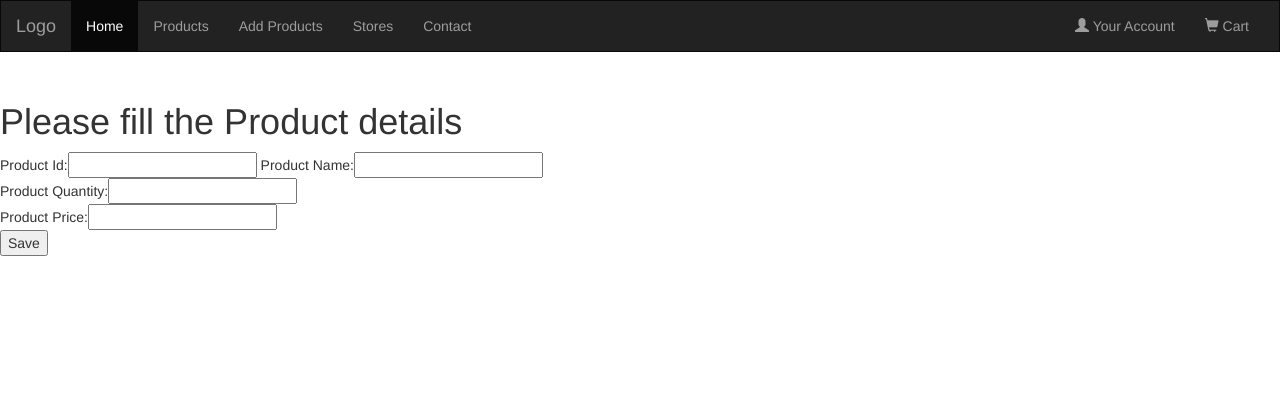
Repository: akashbhasy/AllTrainingProjects_MC-SB
Page: http://localhost/ProductPortalApp/WEB-INF/views/addproduct.jsp
These files come from the project's save history. The page is drawn as it stood at one moment and after the next save; the edit follows.
The browser window is 1280 px wide. The pictures show the whole page.
The page is served by Tomcat 9. Nobody is signed in. Other server files are loaded and not shown. The template is opened directly, without the code that normally fills it, so the values that code supplies are empty.

Above is the page before, as saved 2021-05-16 16:24:57.

### ProductPortalApp/src/main/webapp/WEB-INF/views/addproduct.jsp
<%@ page language="java" contentType="text/html; charset=ISO-8859-1"
    pageEncoding="ISO-8859-1"%>
    <%@ taglib prefix="form" uri="http://www.springframework.org/tags/form"%>

<!DOCTYPE html>
<html>
<head>
<title>OnlineStore</title>
  <meta charset="utf-8">
  <meta name="viewport" content="width=device-width, initial-scale=1">
  <link rel="stylesheet" href="https://maxcdn.bootstrapcdn.com/bootstrap/3.4.1/css/bootstrap.min.css">
  <script src="https://ajax.googleapis.com/ajax/libs/jquery/3.5.1/jquery.min.js"></script>
  <script src="https://maxcdn.bootstrapcdn.com/bootstrap/3.4.1/js/bootstrap.min.js"></script>
  <style>
    /* Remove the navbar's default rounded borders and increase the bottom margin */
    .navbar {
      margin-bottom: 50px;
      border-radius: 0;
    }
  </style>
<title>Add the products</title>
</head>
<body>
<nav class="navbar navbar-inverse">
  <div class="container-fluid">
    <div class="navbar-header">
      <button type="button" class="navbar-toggle" data-toggle="collapse" data-target="#myNavbar">
        <span class="icon-bar"></span>
        <span class="icon-bar"></span>
        <span class="icon-bar"></span>
      </button>
      <a class="navbar-brand" href="#">Logo</a>
    </div>
    <div class="collapse navbar-collapse" id="myNavbar">
      <ul class="nav navbar-nav">
        <li class="active"><a href="index">Home</a></li>
        <li><a href="viewAllProducts">Products</a></li>
        <li><a href="addproduct">Add Products</a></li>
        <li><a href="#">Stores</a></li>
        <li><a href="#">Contact</a></li>
      </ul>
      <ul class="nav navbar-nav navbar-right">

	  <li class="dropdown"><a class="dropdown-toggle" data-toggle="dropdown" href="#"><span class="glyphicon glyphicon-user"></span> Your Account</a>
        <ul class="dropdown-menu">
          <li><a href="#">Profile View</a></li>
          <li><a href="/logout">Logout</a></li>
         </ul>
	  <li><a href="cart/mycart"><span class="glyphicon glyphicon-shopping-cart"></span> Cart</a></li>
      </ul>
    </div>
  </div>
</nav>
<h1>Please fill the Product details</h1>
<form:form action="saveproduct">
Product Id:<form:input path="productId"/>
Product Name:<form:input path="productName"/></br>
Product Quantity:<form:input path="quantityOnHand"/></br>
Product Price:<form:input path="price"/></br>
<input type="Submit" value="Save">
</form:form>
</body>
</html>

After the next save:
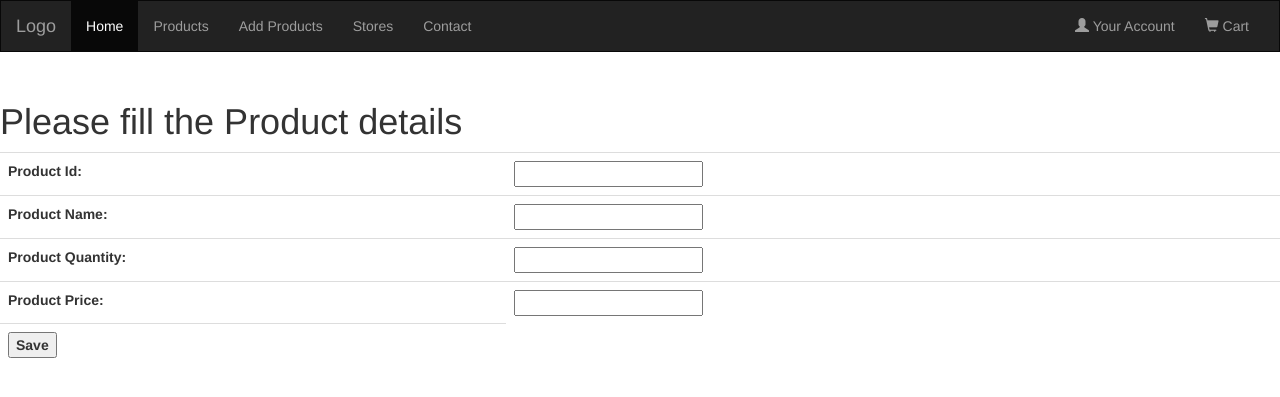
Saved 11 min 42 s later.
--- a/ProductPortalApp/src/main/webapp/WEB-INF/views/addproduct.jsp
+++ b/ProductPortalApp/src/main/webapp/WEB-INF/views/addproduct.jsp
@@ -53,11 +53,29 @@
 </nav>
 <h1>Please fill the Product details</h1>
 <form:form action="saveproduct">
-Product Id:<form:input path="productId"/>
-Product Name:<form:input path="productName"/></br>
-Product Quantity:<form:input path="quantityOnHand"/></br>
-Product Price:<form:input path="price"/></br>
-<input type="Submit" value="Save">
+<table class="table">
+ <tr>
+	<th scope="row">Product Id:</th>
+	<td><form:input path="productId"/></td>
+</tr>
+ <tr>
+	<th scope="row">Product Name:</th>
+	<td><form:input path="productName"/></td>
+</tr>
+ <tr>
+	<th scope="row">Product Quantity:</th>
+	<td><form:input path="quantityOnHand"/></td>
+</tr>
+ <tr>
+	<th scope="row">Product Price:</th>
+	<td><form:input path="price"/></td>
+</tr>
+ <tr>
+	<th scope="row"><input type="Submit" value="Save"></th>
+
+</tr>
+
+</table>
 </form:form>
 </body>
 </html>
